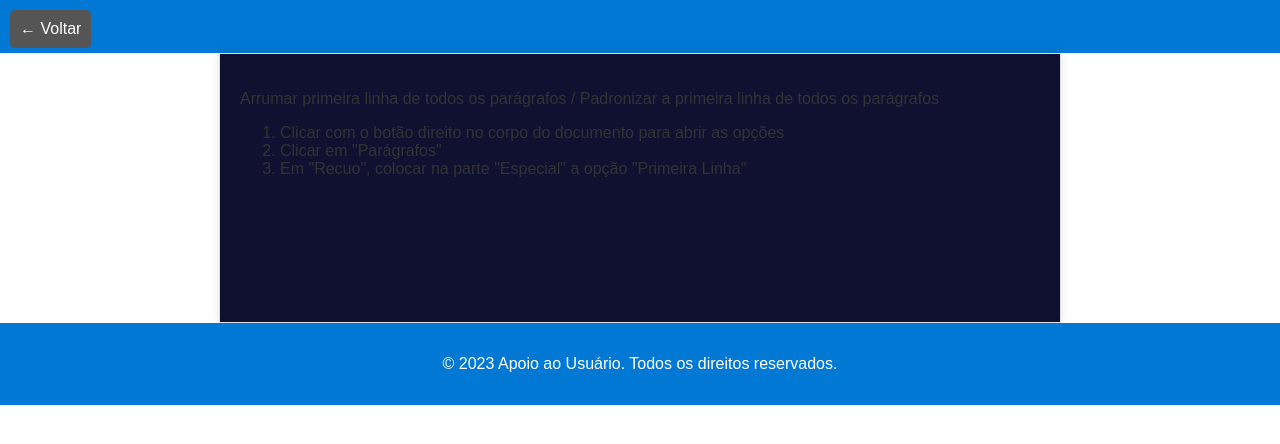
Repository: I4guito/dicasdez
Page: Dicas site/office365 tutoriais/wordtutoriais/criardocumentoword.html
These files come from the project's save history. The page is drawn as it stood at one moment and after the next save; the edit follows.
The browser window is 1280 px wide. The pictures show the whole page.

Above is the page before, as saved 2023-11-30 16:32:32.

After the next save:
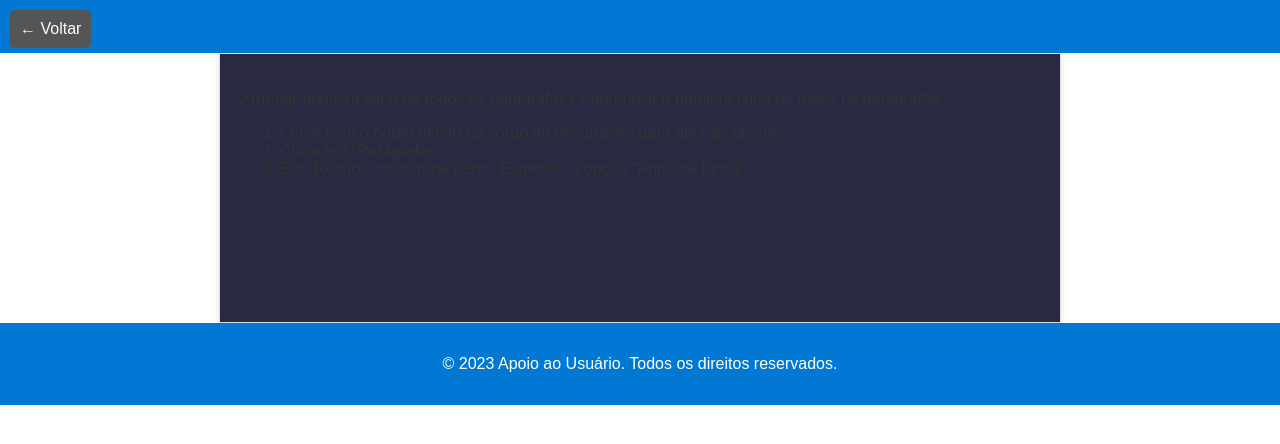
Saved 5 s later.
--- a/Dicas site/office365 tutoriais/wordtutoriais/ztutor.css
+++ b/Dicas site/office365 tutoriais/wordtutoriais/ztutor.css
@@ -19,7 +19,7 @@ header img {
 .container {
     max-width: 800px;
     margin: 0 auto;
-    background-color: rgb(16, 16, 49);
+    background-color: rgb(41, 41, 66);
     padding: 20px;
     box-shadow: 0 0 10px rgba(0, 0, 0, 0.1);
     border: 1px solid #ddd;
